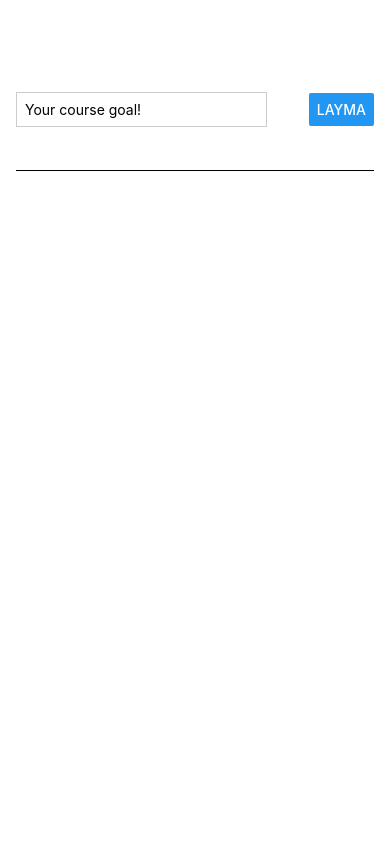
Repository: quyettc93/reactNative1
Screen: /
These files come from the project's save history. The screen is drawn as it stood at one moment and after the next save; the edit follows.
The app was drawn by React Native's web renderer in a window 390 px wide. The project was rebuilt for these pictures with package versions that can differ from the ones it lists, and the page was loaded fresh each time. Also part of the build but not shown: components/GoalItem.js.

Above is the screen before, as saved 2024-10-29 09:06:50.

After the next save:
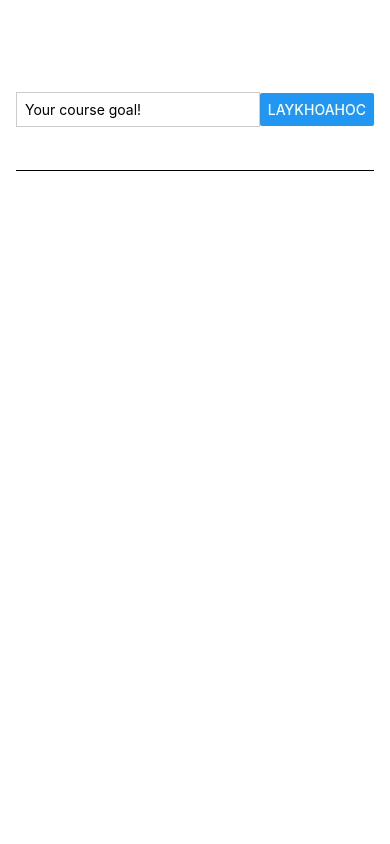
Saved 3 min 25 s later.
--- a/App.js
+++ b/App.js
@@ -1,38 +1,23 @@
-import {
-    StyleSheet,
-    Text,
-    View,
-    Button,
-    TextInput,
-    ScrollView,
-    FlatList,
-} from 'react-native';
+import { StyleSheet, View, FlatList } from 'react-native';
 import { useState } from 'react';
 import GoalItem from './components/GoalItem';
+import GoalInput from './components/GoalInput';
 
 export default function App() {
-    const [enteredGoalTest, setEnterretGoldText] = useState('');
     const [courseGoals, setCourseGoals] = useState([]);
 
-    function goalInputHadler(enteredText) {
-        setEnterretGoldText(enteredText);
-    }
-    function addGoalHander() {
+    function addGoalHander(enteredGoalTest) {
         setCourseGoals((s) => [
             ...s,
             { text: enteredGoalTest, id: Math.random().toString() },
         ]);
     }
+    function deleteGoalHandler() {
+        console.log('DELETE');
+    }
     return (
         <View style={styles.container}>
-            <View style={styles.inputContainer}>
-                <TextInput
-                    style={styles.textInput}
-                    placeholder="Your course goal!"
-                    onChangeText={goalInputHadler}
-                />
-                <Button title="LAYMA" onPress={addGoalHander} />
-            </View>
+            <GoalInput onAddGoals={addGoalHander} />
             <View style={styles.goalsContainer}>
                 <FlatList
                     data={courseGoals}
@@ -55,21 +40,7 @@ const styles = StyleSheet.create({
         padding: 50,
         paddingHorizontal: 16,
     },
-    inputContainer: {
-        flex: 1,
-        flexDirection: 'row',
-        justifyContent: 'space-between',
-        alignItems: 'center',
-        marginBottom: 24,
-        borderBottomWidth: 1,
-        borderBottomColor: '#ccccccc',
-    },
-    textInput: {
-        borderWidth: 1,
-        borderColor: '#cccccc',
-        width: '70%',
-        padding: 8,
-    },
+
     goalsContainer: {
         flex: 5,
     },
